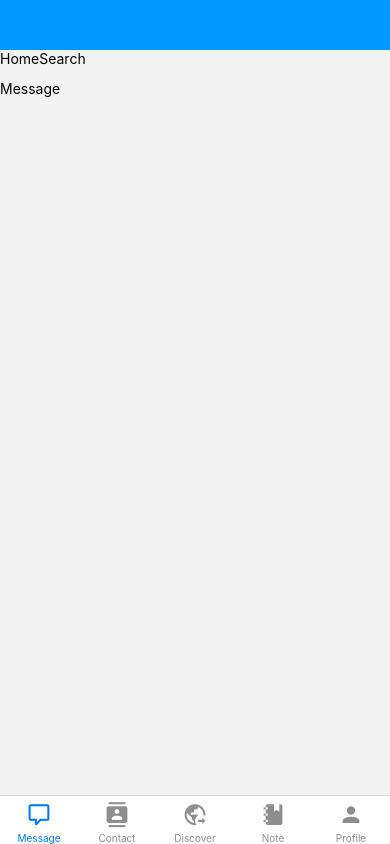
Repository: dinhtq-47/react-native
Screen: /
The author's editor kept a copy of each file at every save. The screen is drawn from the files as they stood at one save, then again after the next save.
The app was drawn by React Native's web renderer in a window 390 px wide. The project was rebuilt for these pictures with package versions that can differ from the ones it lists, and the page was loaded fresh each time. Also part of the build but not shown: screens/Contact.js, screens/Discover.js, screens/Note.js, screens/Profile.js.

Above is the screen before, as saved 2022-02-16 18:27:43.

After the next save:
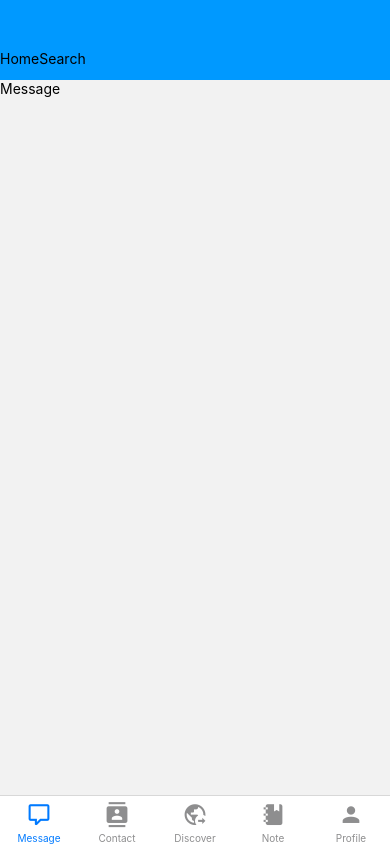
Saved 13 s later.
--- a/components/HomeSearch.js
+++ b/components/HomeSearch.js
@@ -16,6 +16,7 @@ const styles = StyleSheet.create({
   container: {
     width: "100%",
     height: 30,
+    backgroundColor: "#0099FF",
   },
   StatusBar: {
     height: 50,
